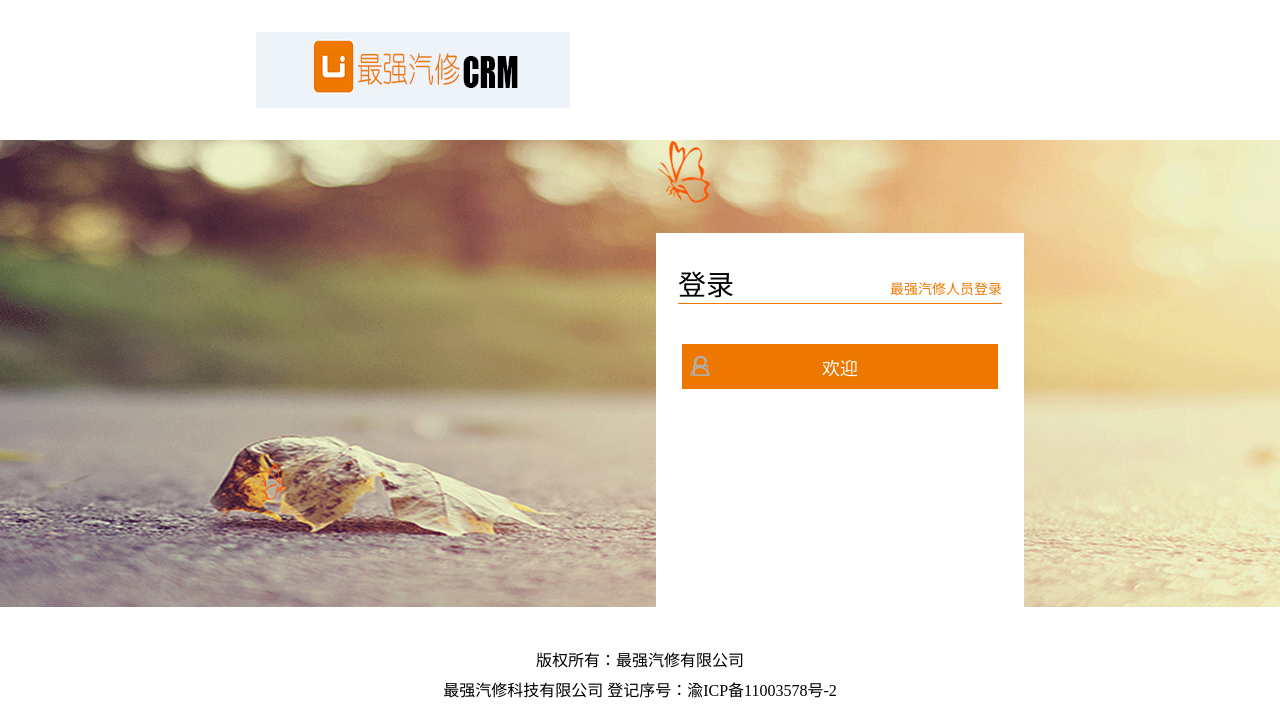
Repository: liaojingrui01/CarRepair
Page: http://localhost/CarWebPro/carOfficial/login.jsp
These files come from the project's save history. The page is drawn as it stood at one moment and after the next save; the edit follows.
The browser window is 1280 px wide. The pictures show the whole page.
The page is served by Tomcat 9. Other server files are loaded and not shown.

Above is the page before, as saved 2019-07-02 10:26:02.

### CarWebPro/WebContent/carOfficial/login.jsp
<%@ page language="java" contentType="text/html; charset=utf-8"
	pageEncoding="utf-8"%>
<!DOCTYPE html PUBLIC "-//W3C//DTD XHTML 1.0 Transitional//EN" "http://www.w3.org/TR/xhtml1/DTD/xhtml1-transitional.dtd">
<html xmlns="http://www.w3.org/1999/xhtml">
<head>
<meta http-equiv="Content-Type" content="text/html; charset=utf-8" />
<title>最强汽修人员登录页面</title>
<link rel="stylesheet" type="text/css" href="/CarWebPro/backstage/css/public.css" />
<link rel="stylesheet" type="text/css" href="/CarWebPro/backstage/css/page.css" />
<script type="text/javascript" src="/CarWebPro/backstage/js/jquery.min.js"></script>
<script type="text/javascript" src="/CarWebPro/backstage/js/public.js"></script>
</head>
<body>

	<!-- 登录页面头部 -->
	<div class="logHead">
		<img src="/CarWebPro/backstage/img/logLOGO.png" />
	</div>
	<!-- 登录页面头部结束 -->

	<!-- 登录body -->

	<div class="logDiv">
		<img class="logBanner" src="/CarWebPro/backstage/img/logBanner.png" />
		<div class="logGet">
			<!-- 头部提示信息 -->
			<div class="logD logDtip">
				<p class="p1">登录</p>
				<p class="p2">最强汽修人员登录</p>
			</div>
			<!-- 输入框 -->
			<form action="${pageContext.request.contextPath }/indexUrl?op=queryBunner" method="post">
				<div class="lgD">
					<img class="img1" src="/CarWebPro/backstage/img/logName.png" />

				</div>
				<div class="lgD">
					<img class="img1" src="/CarWebPro/backstage/img/logPwd.png" />

				</div>
				<div class="logC">
					<button type="submit">欢迎</button>
				</div>
			</form>
		</div>
	</div>

	<!-- 登录body  end -->

	<!-- 登录页面底部 -->
	<div class="logFoot">
		<p class="p1">版权所有：最强汽修有限公司</p>
		<p class="p2">最强汽修科技有限公司 登记序号：渝ICP备11003578号-2</p>
	</div>
	<!-- 登录页面底部end -->
</body>
</html>

### CarWebPro/WebContent/backstage/css/public.css
@charset "utf-8";

* {
	padding: 0;
	margin: 0;
	font-family: "Microsoft YaHei";
	font-size: 14px;
}
#hides{display: none;}
a {
	text-decoration: none;
}

li {
	list-style-type: none;
}

/*head.css*/
/*页面整形CSS   请勿删除和覆盖   hy*/
#bg {
	width: 100%;
	overflow-x: hidden;
}

.head {
	width: 100%;
	height: 100px;
	background-color: #4390b9;
}

.head .headL {
	width: 440px;
	height: 100%;
	text-align: center;
	float: left;
	display: inline-block;
}

.head .headL img.headLogo {
	padding-top: 28px;
}

.head .headR {
	width: 400px;
	height: 100%;
	display: inline-block;
	float: right;
	text-align: right;
	margin-right: 120px;
}

.head .headR .p1 {
	padding-top: 30px;
	font-size: 18px;
	color: white;
	display: inline-block;
	cursor: pointer;
}

.head .headR .p2 {

}

.head .headR .p2 a {
	font-size: 14px;
	padding-top: 12px;
	display: inline-block;
	color: white;
	cursor: pointer;
}
/*head.html  弹出框关闭*/
.closeOut {
	width: 100%;
	height: 100%;
	background-color: rgba(0, 0, 0, 0.39);
	position: fixed;
	top: 0px;
	display: none;
}

.closeOut .coDiv {
	width: 20%;
	margin: auto;
	background-color: #fff;
	position: relative;
	top: 30%;
	text-align: center;
}

.closeOut .coDiv .p1 {
	position: relative;
	top: 5px;
	left: 45%;
}

.closeOut .coDiv .p1 span {
	width: 30px;
	height: 30px;
	display: inline-block;
	color: #fff;
	background-color: #3695cc;
	border-radius: 15px;
	line-height: 30px;
	font-size: 20px;
	cursor: pointer;
}

.closeOut .coDiv .p2 {
	font-size: 18px;
	margin-top: 20px;
}

.closeOut .coDiv .p3 {
	margin-top: 20px;
}

.closeOut .coDiv .p3 .ok {
	display: inline-block;
	width: 100px;
	height: 40px;
	background-color: #fff;
	border: 1px solid #3695cc;
	line-height: 40px;
	margin-left: 25px;
	margin-right: 25px;
	color: #333;
	font-size: 16px;
	margin-bottom: 65px;
}

.closeOut .coDiv .p3 .no {
	background-color: #3695cc;
	color: #fff;
}

/*******left页面css*******/
.container {
	width: 220px;
	height: 100%;
	margin: auto;
	position: absolute;
}

.leftsidebar_box {
	width: 220px;
	height: 100%;
	background-color: #f2f2f2;
}

.leftsidebar_box dt {
	background-color: #f9f9f9;
	color: #333;
	font-size: 14px;
	position: relative;
	line-height: 44px;
	cursor: pointer;
	border-bottom: 1px solid #dedede;
	border-right: 1px solid #dedede;
	padding-left: 40px;
}

.leftsidebar_box dd {
	display: none;
	position: relative;
	background-color: white;
	padding-left: 65px;
	border-bottom: 1px solid #dedede;
	border-right: 1px solid #dedede;
}

.leftsidebar_box dd a {
	color: #333;
	line-height: 42px;
	width: 100%;
	height: 100%;
	display: inline-block;
	cursor: pointer;
}

.leftsidebar_box dt img.icon1 {
	display: none;
	position: absolute;
	top: 10px;
	left: 10px;
}

.leftsidebar_box dt img.icon2 {
	position: absolute;
	top: 10px;
	left: 10px;
}

.leftsidebar_box dt img.icon3 {
	display: none;
	position: absolute;
	top: 20px;
	right: 12px;
}

.leftsidebar_box dt img.icon4 {
	position: absolute;
	top: 20px;
	right: 12px;
}

.leftsidebar_box dd img.icon5 {
	display: none;
	position: absolute;
	top: 0px;
	right: 0px;
}

.leftsidebar_box dd img.coin11 {
	display: none;
	position: absolute;
	top: 0px;
	left: 40px;
}

.leftsidebar_box dd img.coin22 {
	position: absolute;
	top: 0px;
	left: 40px;
}

.leftsidebar_box dl dd:last-child {
	padding-bottom: 10px;
}

.leftsidebar_box .line {
	background-color: #f9f9f9;
	color: #333;
	font-size: 14px;
	position: relative;
	line-height: 44px;
	cursor: pointer;
	border-bottom: 1px solid #dedede;
	border-right: 1px solid #dedede;
	padding-left: 40px
}

.leftsidebar_box .line img {
	position: absolute;
	top: 10px;
	left: 10px;
}

.leftsidebar_box .menu_chioce1 {
	color: #106ea9;
}

.leftsidebar_box .menu_chioce2 {
	color: #106ea9;
}
/*left.css end*/

### CarWebPro/WebContent/backstage/css/page.css
@charset "utf-8";
/*登录页面样式*/
.logHead {
	width: 100%;
	height: 140px;
}
#hides{display: none;}
.logHead img {
	margin-left: 20%;
	margin-top: 32px;
}

.logDiv {
	width: 100%;
	position: relative;
}

.logDiv img.logBanner {
	width: 100%;
	overflow: hidden;
}

.logDiv .logGet {
	width: 368px;
	height: 408px;
	background-color: white;
	position: absolute;
	top: 20%;
	right: 20%;
}

.logDiv .logGet .logDtip {
	width: 88%;
	border-bottom: 1px solid #ee7700;
	margin: 0px auto;
	margin-bottom: 40px
}

.logDiv .logGet .lgD {
	width: 86%;
	margin: 0px auto;
	position: relative;
	margin-bottom: 20px;
}

.logDiv .logGet .lgD img.img1 {
	position: absolute;
	top: 12px;
	left: 8px;
}

.logDiv .logGet .lgD input {
	width: 100%;
	height: 42px;
	text-indent: 2.5rem;
}

.logDiv .logGet .lgD input.getYZM {
	width: 160px;
	display: inline-block;
}

.logDiv .logGet .lgD .logYZM {
	width: 100px;
	height: 46px;
	overflow: hidden;
	display: inline-block;
	position: relative;
	top: 18px;
}

.logDiv .logGet .lgD .logYZM img.yzm {
	width: 100%;
}

.logDiv .logGet .logD2 {
	margin-top: -20px;
}

.logDiv .logGet .logD .p1 {
	display: inline-block;
	font-size: 28px;
	margin-top: 30px;
}

.logDiv .logGet .logD .p2 {
	display: inline-block;
	font-size: 14px;
	margin-top: 45px;
	float: right;
	color: #ee7700;
}

.logDiv .logC {
	width: 86%;
	margin: 0px auto;
	margin-top: 30px;
}

.logDiv .logC button {
	width: 100%;
	height: 45px;
	background-color: #ee7700;
	border: none;
	color: white;
	font-size: 18px;
}

.logFoot {
	width: 100%;
	height: 118px;
	text-align: center;
}

.logFoot .p1 {
	padding-top: 40px;
	font-size: 16px;
}

.logFoot .p2 {
	padding-top: 6px;
	font-size: 16px;
}
/*登录页面样式end*/

### CarWebPro/WebContent/backstage/js/public.js
// head.html 的弹出框 JS
// $(".goOut").click(function(){
//    $(".closeOut").show();
//  });
//  $(".p1").click(function(){
//    $(".closeOut").hide();
//  });
//  $(".no").click(function(){
//    $(".closeOut").hide();
//  });
 // head.html 的弹出框 JS  end


// left.html 的切换节点  JS
$(function(){
	// 点击展开事件，切换图片
	$(".leftsidebar_box dt").click(function(){
		// 先处理掉所有存在的节点,再判断是否存在
		$('.icon1').hide();
		$('.icon2').show();
		$(".leftsidebar_box dt").removeClass('menu_chioce1');
		if ($(this).parent().find('dd').is(":hidden")) {
			$(this).parent().find('.icon1').show();
			$(this).parent().find('.icon2').hide();
			$(this).parent().find('.icon3').show();
			$(this).parent().find('.icon4').hide();
			$(this).addClass('menu_chioce1');
		}else{
			$(this).parent().find('.icon1').hide();
			$(this).parent().find('.icon2').show();
			$(this).parent().find('.icon3').hide();
			$(this).parent().find('.icon4').show();
			$(this).removeClass('menu_chioce1');
		}
		$(this).parent().find('dd').removeClass("menu_chioce");
		$(".menu_chioce").slideUp();
		$(this).parent().find('dd').slideToggle();
		$(this).parent().find('dd').addClass("menu_chioce");


	});
	$(".cks").click(function(){
		// 先处理掉所有存在的节点,再判断是否存在
		$(".icon5").hide();
		$('.coin11').hide();
		$('.coin22').show();
		$(this).parent().find('.coin11').show();
		$(this).parent().find('.coin22').hide();
		$(".leftsidebar_box .cks").removeClass('menu_chioce2');
		if ($(this).parent().find('.icon5').is(":hidden")) {
			$(this).addClass('menu_chioce2');
			$(this).parent().find('.icon5').show();
		}else{
			$(this).removeClass('menu_chioce2');
			$(this).parent().find('.icon5').hide();
		}


	});
})
// left.html 的切换节点  JS end

Loaded but not shown: CarWebPro/WebContent/backstage/js/jquery.min.js (library)

After the next save:
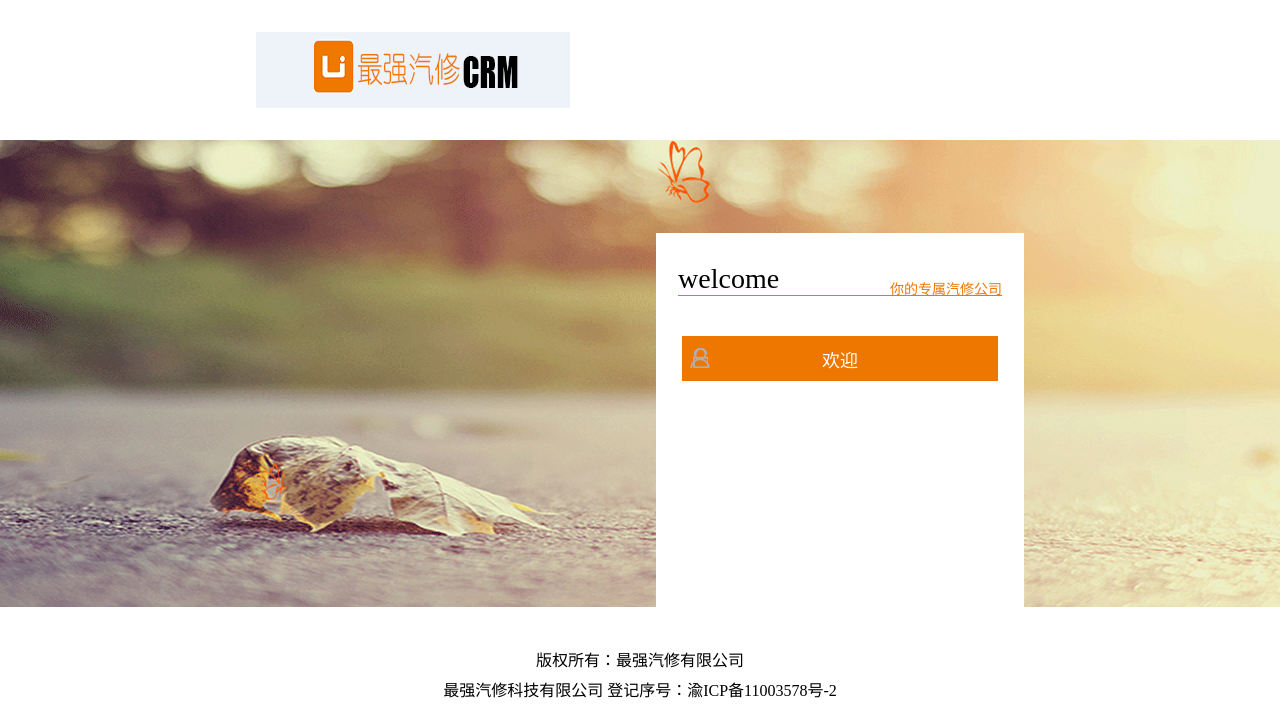
Saved 57 s later.
--- a/CarWebPro/WebContent/carOfficial/login.jsp
+++ b/CarWebPro/WebContent/carOfficial/login.jsp
@@ -25,8 +25,8 @@
 		<div class="logGet">
 			<!-- 头部提示信息 -->
 			<div class="logD logDtip">
-				<p class="p1">登录</p>
-				<p class="p2">最强汽修人员登录</p>
+				<p class="p1">welcome</p>
+				<p class="p2">你的专属汽修公司</p>
 			</div>
 			<!-- 输入框 -->
 			<form action="${pageContext.request.contextPath }/indexUrl?op=queryBunner" method="post">
